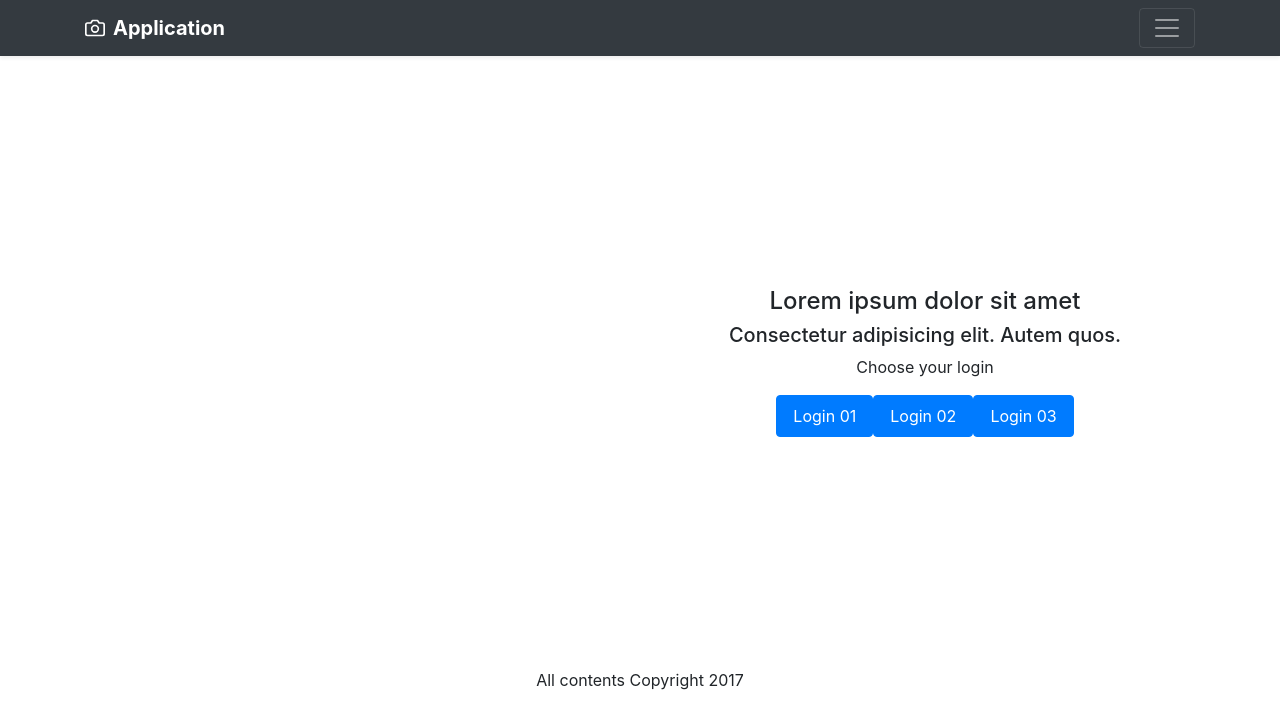
Repository: bijoysen/angular7-landing-login
Page: /
The author's editor kept a copy of each file at every save. The page is drawn from the files as they stood at one save, then again after the next save.
The browser window is 1280 px wide. The pictures show the whole page.
The project was rebuilt for these pictures with package versions that can differ from the ones it lists, and the page was loaded fresh each time. Also part of the build but not shown: angular.json.

Above is the page before, as saved 2018-12-17 18:47:44.

### src/index.html
<!doctype html>
<html lang="en">
<head>
  <meta charset="utf-8">
  <title>Angular7LandingLogin</title>
  <base href="/">

  <meta name="viewport" content="width=device-width, initial-scale=1">
  <link rel="icon" type="image/x-icon" href="favicon.ico">
</head>
<body>
  <app-root></app-root>
</body>
</html>

### src/app/app.module.ts
import { BrowserModule } from '@angular/platform-browser';
import { NgModule } from '@angular/core';

import { AppRoutingModule } from './app-routing.module';
import { AppComponent } from './app.component';
import { HeaderComponent } from './shared/header/header.component';
import { FooterComponent } from './shared/footer/footer.component';
import { LandingComponent } from './pre/landing/landing.component';
import { LoginOneComponent } from './pre/login-one/login-one.component';
import { LoginTwoComponent } from './pre/login-two/login-two.component';
import { LoginThreeComponent } from './pre/login-three/login-three.component';

@NgModule({
  declarations: [
    AppComponent,
    HeaderComponent,
    FooterComponent,
    LandingComponent,
    LoginOneComponent,
    LoginTwoComponent,
    LoginThreeComponent
  ],
  imports: [
    BrowserModule,
    AppRoutingModule
  ],
  providers: [],
  bootstrap: [AppComponent]
})
export class AppModule { }

### src/app/app.component.ts
import { Component } from '@angular/core';

@Component({
  selector: 'app-root',
  templateUrl: './app.component.html',
  styleUrls: ['./app.component.scss']
})
export class AppComponent {
  title = 'angular7-landing-login';
}

### src/app/app.component.html
<app-header></app-header>
<router-outlet></router-outlet>
<app-landing></app-landing>

<app-footer></app-footer>

### src/app/shared/header/header.component.html
<header>
	<!-- <div class="collapse bg-dark" id="navbarHeader">
		<div class="container">
			<div class="row">
				<div class="col-sm-8 col-md-7 py-4">
					<h4 class="text-white">About</h4>
					<p class="text-muted">Add some information about the album below, the author, or any other background context. Make it a few sentences long so folks can pick up some informative tidbits. Then, link them off to some social networking sites or contact information.</p>
				</div>
				<div class="col-sm-4 offset-md-1 py-4">
					<h4 class="text-white">Contact</h4>
					<ul class="list-unstyled">
						<li><a href="#" class="text-white">Follow on Twitter</a></li>
						<li><a href="#" class="text-white">Like on Facebook</a></li>
						<li><a href="#" class="text-white">Email me</a></li>
					</ul>
				</div>
			</div>
		</div>
	</div> -->
	<div class="navbar navbar-dark bg-dark shadow-sm">
		<div class="container d-flex justify-content-between">
			<a href="#" class="navbar-brand d-flex align-items-center">
				<svg xmlns="http://www.w3.org/2000/svg" width="20" height="20" viewBox="0 0 24 24" fill="none" stroke="currentColor" stroke-width="2" stroke-linecap="round" stroke-linejoin="round" class="mr-2"><path d="M23 19a2 2 0 0 1-2 2H3a2 2 0 0 1-2-2V8a2 2 0 0 1 2-2h4l2-3h6l2 3h4a2 2 0 0 1 2 2z"></path><circle cx="12" cy="13" r="4"></circle></svg>
				<strong>Application</strong>
			</a>
			<button class="navbar-toggler" type="button" data-toggle="collapse" data-target="#navbarHeader" aria-controls="navbarHeader" aria-expanded="false" aria-label="Toggle navigation">
			<span class="navbar-toggler-icon"></span>
			</button>
		</div>
	</div>
</header>

### src/app/shared/footer/footer.component.html
<footer class="pageFooter text-center">
  <p>All contents Copyright 2017</p>
</footer>

### src/app/pre/landing/landing.component.html
<section class="pageContent">
	<div class="container">
		<div class="row align-items-center">
			<div class="col-md-6"></div>
			<div class="col-md-6">
				<div class="accountsArea text-center">
					<h4>Lorem ipsum dolor sit amet</h4>
					<h5>Consectetur adipisicing elit. Autem quos.</h5>
					<p>Choose your login</p>
					<ul class="nav justify-content-center">
						<li class="nav-item"><a href="#" class="nav-link btn btn-primary">Login 01</a></li>
						<li class="nav-item"><a href="#" class="nav-link btn btn-primary">Login 02</a></li>
						<li class="nav-item"><a href="#" class="nav-link btn btn-primary">Login 03</a></li>
					</ul>
				</div>
			</div>
		</div>
	</div>
</section>

### src/app/pre/landing/landing.component.scss
.pageContent {
    > .container > .row {
        height: 85vh;
    }
}

### src/app/pre/login-one/login-one.component.ts
import { Component, OnInit } from '@angular/core';

@Component({
  selector: 'app-login-one',
  templateUrl: './login-one.component.html',
  styleUrls: ['./login-one.component.scss']
})
export class LoginOneComponent implements OnInit {

  constructor() { }

  ngOnInit() {
  }

}

### src/app/pre/login-two/login-two.component.ts
import { Component, OnInit } from '@angular/core';

@Component({
  selector: 'app-login-two',
  templateUrl: './login-two.component.html',
  styleUrls: ['./login-two.component.scss']
})
export class LoginTwoComponent implements OnInit {

  constructor() { }

  ngOnInit() {
  }

}

### src/app/pre/login-three/login-three.component.ts
import { Component, OnInit } from '@angular/core';

@Component({
  selector: 'app-login-three',
  templateUrl: './login-three.component.html',
  styleUrls: ['./login-three.component.scss']
})
export class LoginThreeComponent implements OnInit {

  constructor() { }

  ngOnInit() {
  }

}

### src/app/pre/login-one/login-one.component.html
<h2>Login 01</h2>
<form>
  <div class="form-group">
    <label for="exampleInputEmail1">Email address</label>
    <input type="email" class="form-control" id="exampleInputEmail1" aria-describedby="emailHelp" placeholder="Enter email">
    <small id="emailHelp" class="form-text text-muted">We'll never share your email with anyone else.</small>
  </div>
  <div class="form-group">
    <label for="exampleInputPassword1">Password</label>
    <input type="password" class="form-control" id="exampleInputPassword1" placeholder="Password">
  </div>
  <div class="form-group form-check">
    <input type="checkbox" class="form-check-input" id="exampleCheck1">
    <label class="form-check-label" for="exampleCheck1">Check me out</label>
  </div>
  <button type="submit" class="btn btn-primary">Submit</button>
</form>

<button type="submit" class="btn btn-primary">Login 02</button>
<button type="submit" class="btn btn-primary">Login 03</button>

### src/app/pre/login-two/login-two.component.html
<h2>Login 02</h2>
<form>
  <div class="form-group">
    <label for="exampleInputEmail1">Email address</label>
    <input type="email" class="form-control" id="exampleInputEmail1" aria-describedby="emailHelp" placeholder="Enter email">
    <small id="emailHelp" class="form-text text-muted">We'll never share your email with anyone else.</small>
  </div>
  <div class="form-group">
    <label for="exampleInputPassword1">Password</label>
    <input type="password" class="form-control" id="exampleInputPassword1" placeholder="Password">
  </div>
  <div class="form-group form-check">
    <input type="checkbox" class="form-check-input" id="exampleCheck1">
    <label class="form-check-label" for="exampleCheck1">Check me out</label>
  </div>
  <button type="submit" class="btn btn-primary">Submit</button>
</form>

<button type="submit" class="btn btn-primary">Login 01</button>
<button type="submit" class="btn btn-primary">Login 03</button>

### src/app/pre/login-three/login-three.component.html
<h2>Login 03</h2>
<form>
  <div class="form-group">
    <label for="exampleInputEmail1">Email address</label>
    <input type="email" class="form-control" id="exampleInputEmail1" aria-describedby="emailHelp" placeholder="Enter email">
    <small id="emailHelp" class="form-text text-muted">We'll never share your email with anyone else.</small>
  </div>
  <div class="form-group">
    <label for="exampleInputPassword1">Password</label>
    <input type="password" class="form-control" id="exampleInputPassword1" placeholder="Password">
  </div>
  <div class="form-group form-check">
    <input type="checkbox" class="form-check-input" id="exampleCheck1">
    <label class="form-check-label" for="exampleCheck1">Check me out</label>
  </div>
  <button type="submit" class="btn btn-primary">Submit</button>
</form>

<button type="submit" class="btn btn-primary">Login 01</button>
<button type="submit" class="btn btn-primary">Login 02</button>

Loaded but not shown: src/styles.scss (common file); src/main.ts (common file); src/environments/environment.ts (common file); src/app/app-routing.module.ts (common file); src/app/shared/header/header.component.ts (common file); src/app/shared/footer/footer.component.ts (common file); src/app/pre/landing/landing.component.ts (common file); src/app/shared/header/header.component.scss (no stored copy; drawn as an empty file); src/app/app.component.scss (no stored copy; drawn as an empty file); src/app/shared/footer/footer.component.scss (no stored copy; drawn as an empty file); src/app/pre/login-one/login-one.component.scss (no stored copy; drawn as an empty file); src/app/pre/login-two/login-two.component.scss (no stored copy; drawn as an empty file); src/app/pre/login-three/login-three.component.scss (no stored copy; drawn as an empty file)

After the next save:
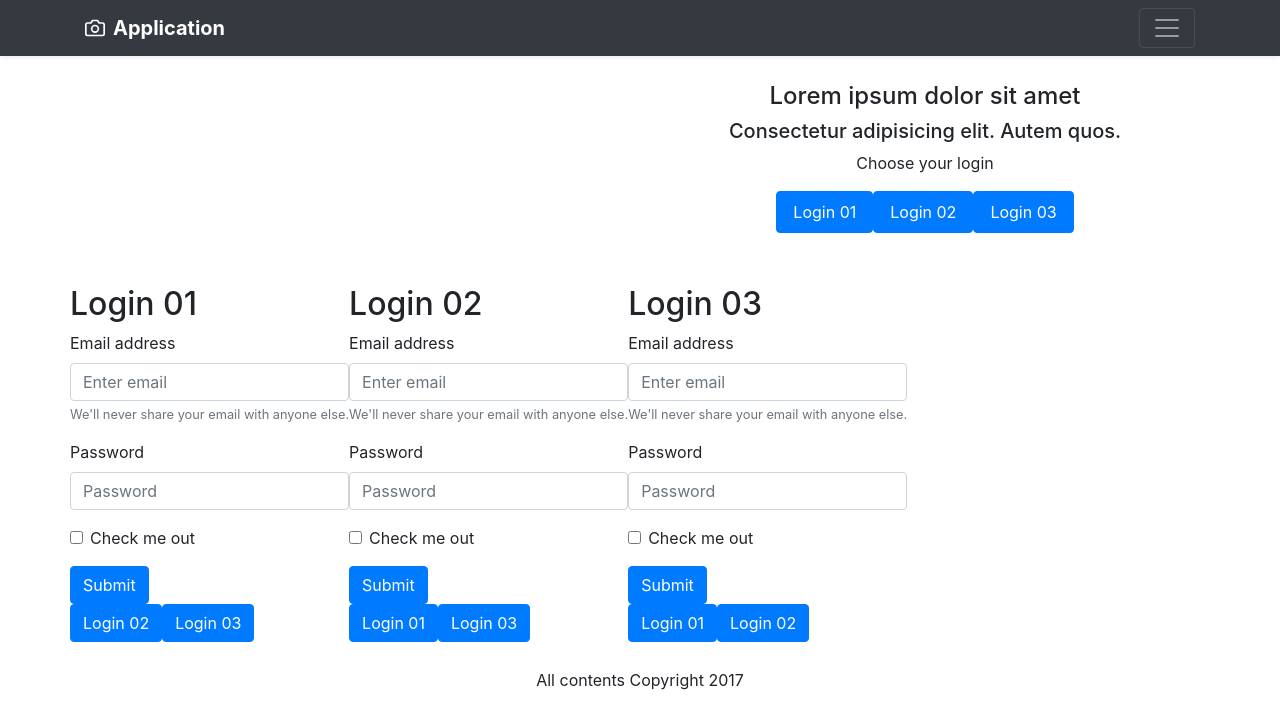
Saved 51 s later.
--- a/src/app/pre/landing/landing.component.html
+++ b/src/app/pre/landing/landing.component.html
@@ -14,6 +14,9 @@
 					</ul>
 				</div>
 			</div>
+			<app-login-one></app-login-one>
+			<app-login-two></app-login-two>
+			<app-login-three></app-login-three>
 		</div>
 	</div>
 </section>

After the save that followed:
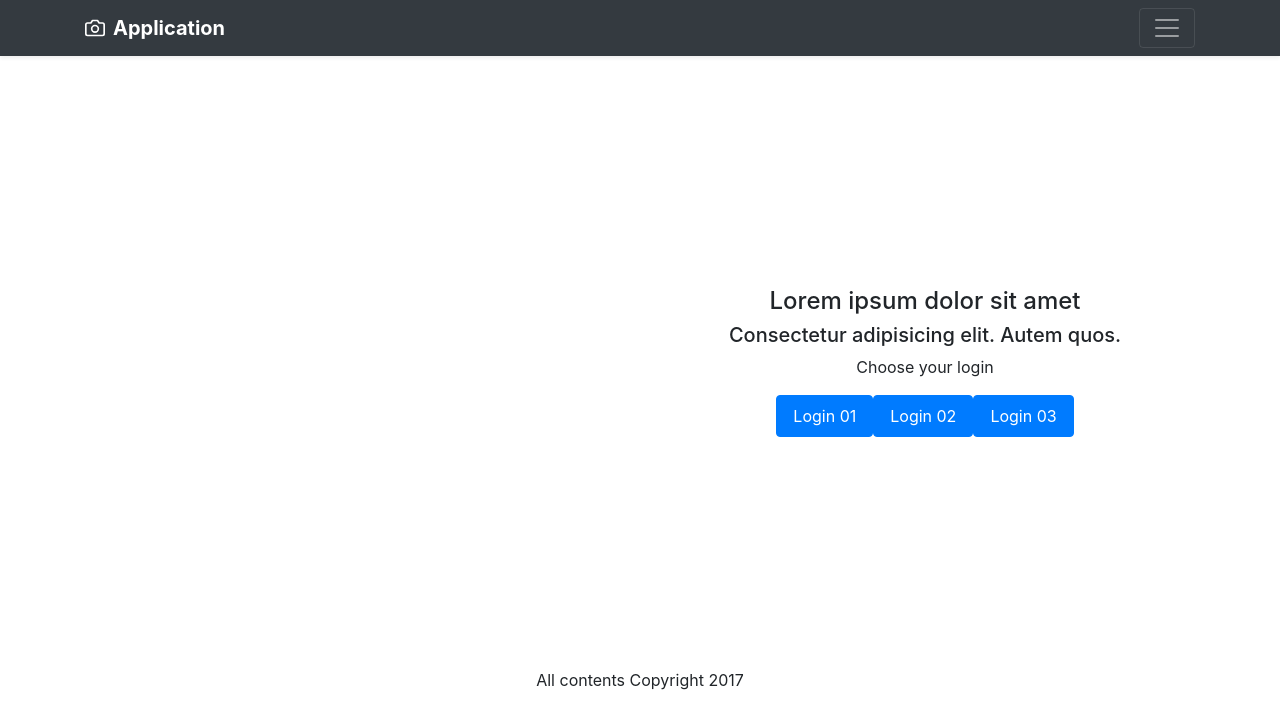
Saved 10 min 30 s later.
--- a/src/app/pre/landing/landing.component.html
+++ b/src/app/pre/landing/landing.component.html
@@ -14,9 +14,6 @@
 					</ul>
 				</div>
 			</div>
-			<app-login-one></app-login-one>
-			<app-login-two></app-login-two>
-			<app-login-three></app-login-three>
 		</div>
 	</div>
 </section>
